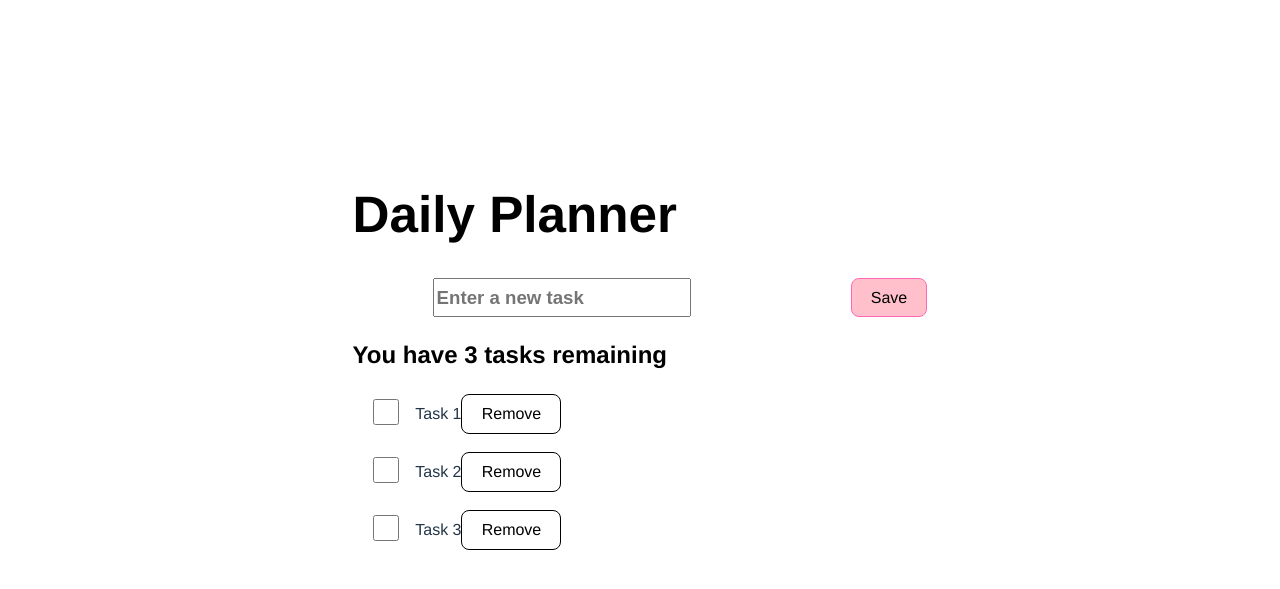
Repository: MonicaNguyenH/Frontend_Assignment6
Page: / (app in react/)
These files come from the project's save history. The page is drawn as it stood at one moment and after the next save; the edit follows.
The browser window is 1280 px wide. The pictures show the whole page.
The project was rebuilt for these pictures with package versions that can differ from the ones it lists, and the page was loaded fresh each time. Also part of the build but not shown: react/vite.config.js.

Above is the page before, as saved 2024-10-11 14:19:51.

After the next save:
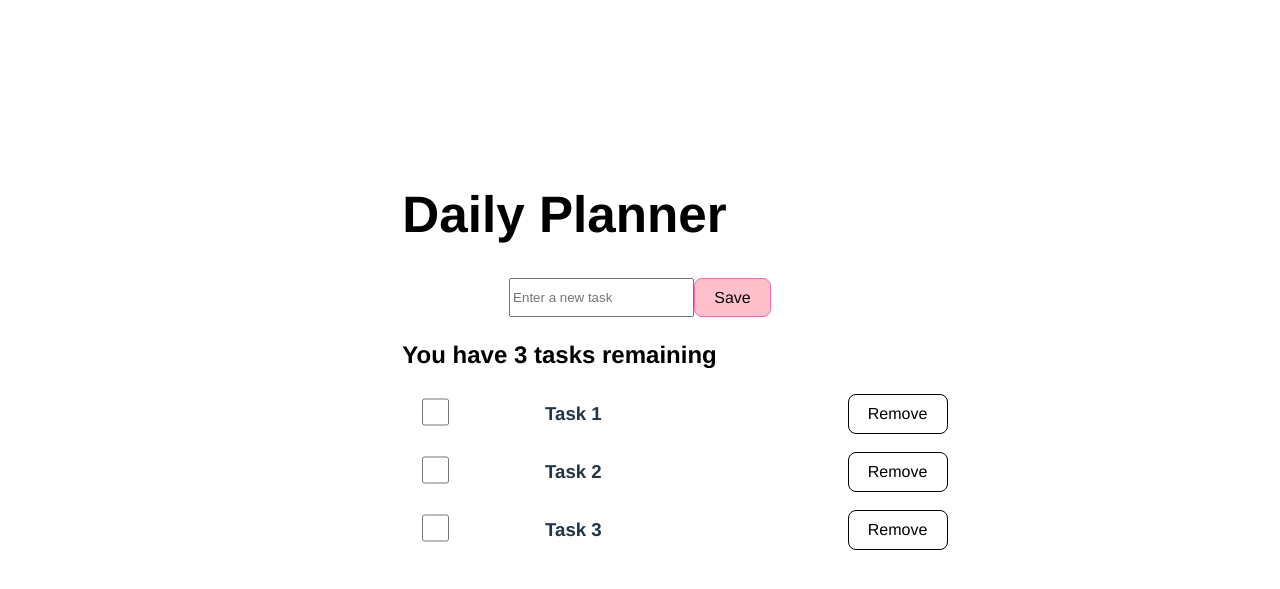
Saved 14 s later.
--- a/react/src/App.css
+++ b/react/src/App.css
@@ -62,7 +62,7 @@
   accent-color: hotpink;
 }
 
-#task-name {
+.task-name {
   margin: 0 10rem 0 5rem;
   font-weight: bold;
   font-size: 14pt;
